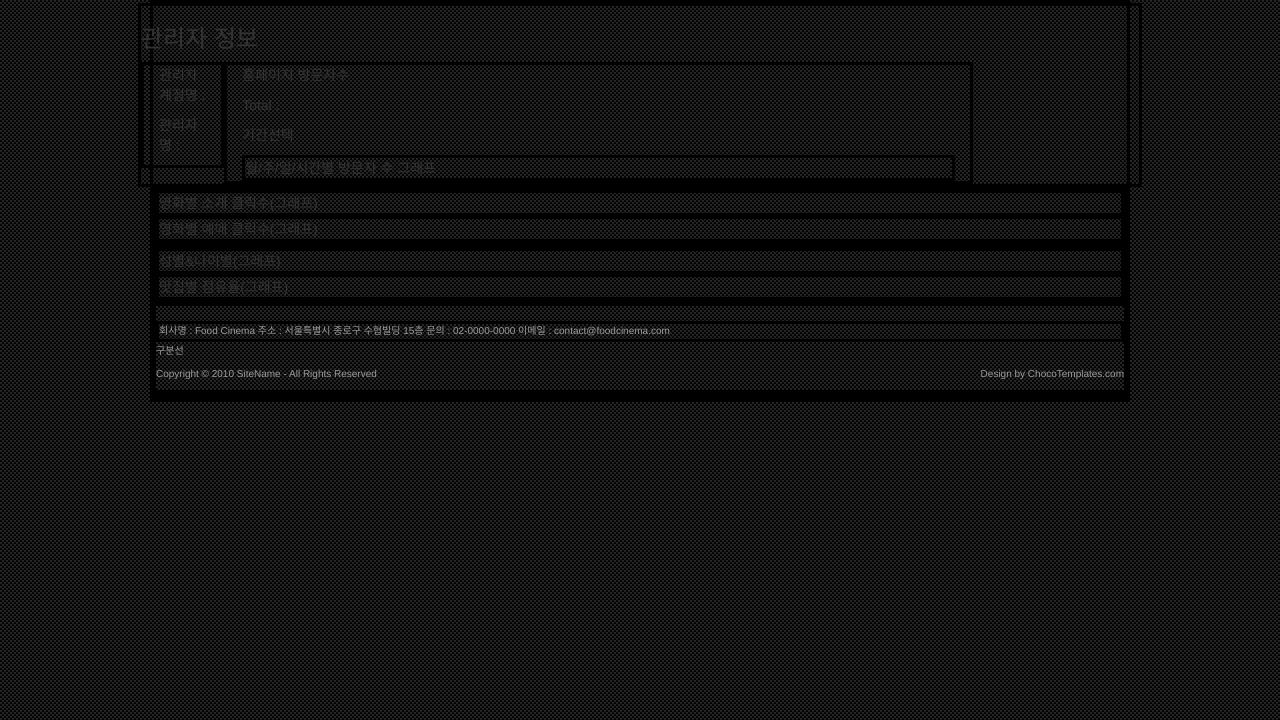
Repository: fhwang2/WEB
Page: http://localhost/FoodCinema/admin.jsp
These files come from the project's save history. The page is drawn as it stood at one moment and after the next save; the edit follows.
The browser window is 1280 px wide. The pictures show the whole page.
The page is served by Tomcat 9.

Above is the page before, as saved 2019-07-11 09:05:40.

### FoodCinema/WebContent/admin.jsp
<%@ page language="java" contentType="text/html; charset=UTF-8"
	pageEncoding="UTF-8"%>
<!DOCTYPE html>
<head>
<title>Food Cinema</title>
<meta http-equiv="Content-Type" content="text/html; charset=utf-8" />
<link rel="stylesheet" href="css/style.css" type="text/css" media="all" />
<link rel="stylesheet" href="https://maxcdn.bootstrapcdn.com/bootstrap/3.4.0/css/bootstrap.min.css">
<script src="https://ajax.googleapis.com/ajax/libs/jquery/3.4.1/jquery.min.js"></script>
<script	src="https://maxcdn.bootstrapcdn.com/bootstrap/3.4.0/js/bootstrap.min.js"></script>
<script type="text/javascript" src="js/jquery-1.4.2.min.js"></script>
<script type="text/javascript" src="js/jquery-func.js"></script>

<style>

.adminTotal{
	display : grid;
}
div {
	border-style: solid;
	border-color: black;
}

</style>

</head>
<body>
	<div id="shell">
		<!-- <div id="header">
			<h1 id="logo">
				<a href="#">FoodCinema</a>
			</h1>
		</div> -->
		<div id="admin_total" class="row">
			<h3>관리자 정보</h3>
			<div id="admin_info" class="col-sm-1">

				<p class="">
					관리자 계정명 :
					<%

				%>
				</p>
				<p>
					관리자명 :
					<%

				%>
				</p>
			</div>
			<div id="totalCnt" class="col-sm-9">
				<p>홈페이지 방문자수</p>
				<p>
					Total :
					<%

				%>
				</p>
				<p>기간선택</p>
				<div id="visitor">월/주/일/시간별 방문자 수 그래프</div>
			</div>
		</div>
		<div id="movie_stat">
			<div id="movie_info_count">영화별 소개 클릭수(그래프)</div>
			<div id="movie_ing_count">영화별 예매 클릭수(그래프)</div>
		</div>
		<div id="matzip_stat">
			<div id="matzip_sex+age">성별&나이별(그래프)</div>
			<div id="matzip_share">맛집별 점유율(그래프)</div>
		</div>
		<div id="footer">
			<div id="companyInfo">
				회사명 : Food Cinema
				주소 : 서울특별시 종로구 수협빌딩 15층
				문의 : 02-0000-0000
				이메일 : contact@foodcinema.com
			</div>
			<p>구분선</p>
			<p class="lf">
				Copyright &copy; 2010 <a href="#">SiteName</a> - All Rights Reserved
			</p>
			<p class="rf">
				Design by <a href="http://chocotemplates.com/">ChocoTemplates.com</a>
			</p>
			<div style="clear: both;"></div>
		</div>
	</div>
</body>
</html>

Loaded but not shown: FoodCinema/WebContent/css/style.css (common file); FoodCinema/WebContent/js/jquery-1.4.2.min.js (library); FoodCinema/WebContent/js/jquery-func.js (common file)

After the next save:
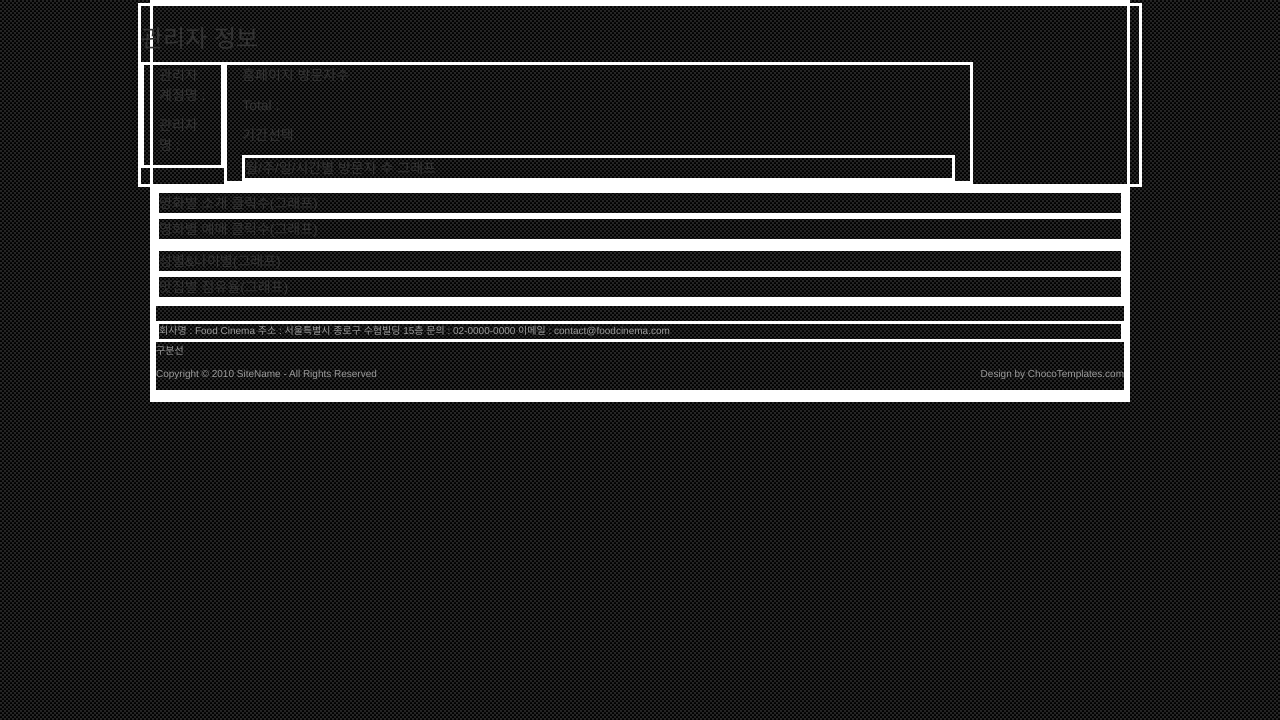
Saved 34 s later.
--- a/FoodCinema/WebContent/admin.jsp
+++ b/FoodCinema/WebContent/admin.jsp
@@ -18,7 +18,7 @@
 }
 div {
 	border-style: solid;
-	border-color: black;
+	border-color: white;
 }
 
 </style>
